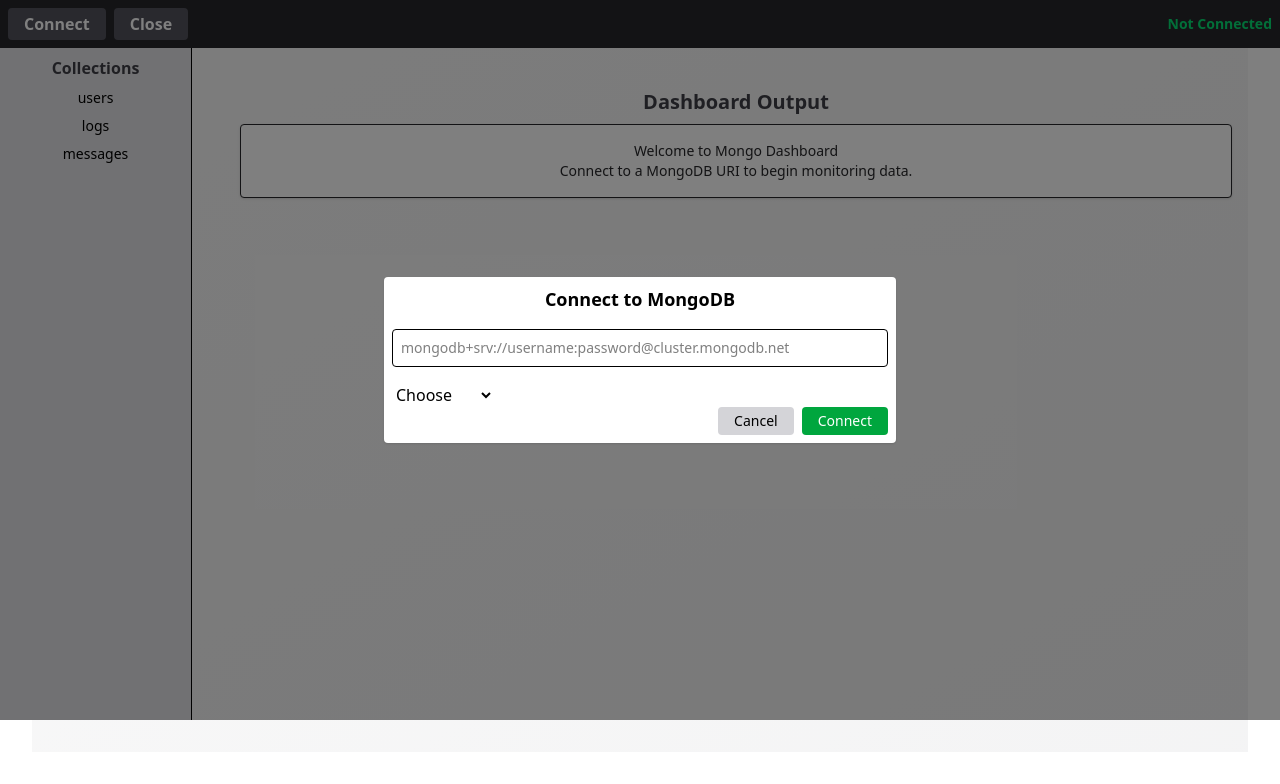
Repository: aryan151pratap/Dashboard
Page: / (app in frontened/), after clicking the first element matching `button.capitalize`
An editor plug-in stored every save of this project. The page is shown before and after the next save, followed by the edit.
The browser window is 1280 px wide. The pictures show the whole page.
The project was rebuilt for these pictures with package versions that can differ from the ones it lists, and the page was loaded fresh each time. Also part of the build but not shown: frontened/vite.config.js.

Above is the page before, as saved 2025-06-24 13:28:23.

After the next save:
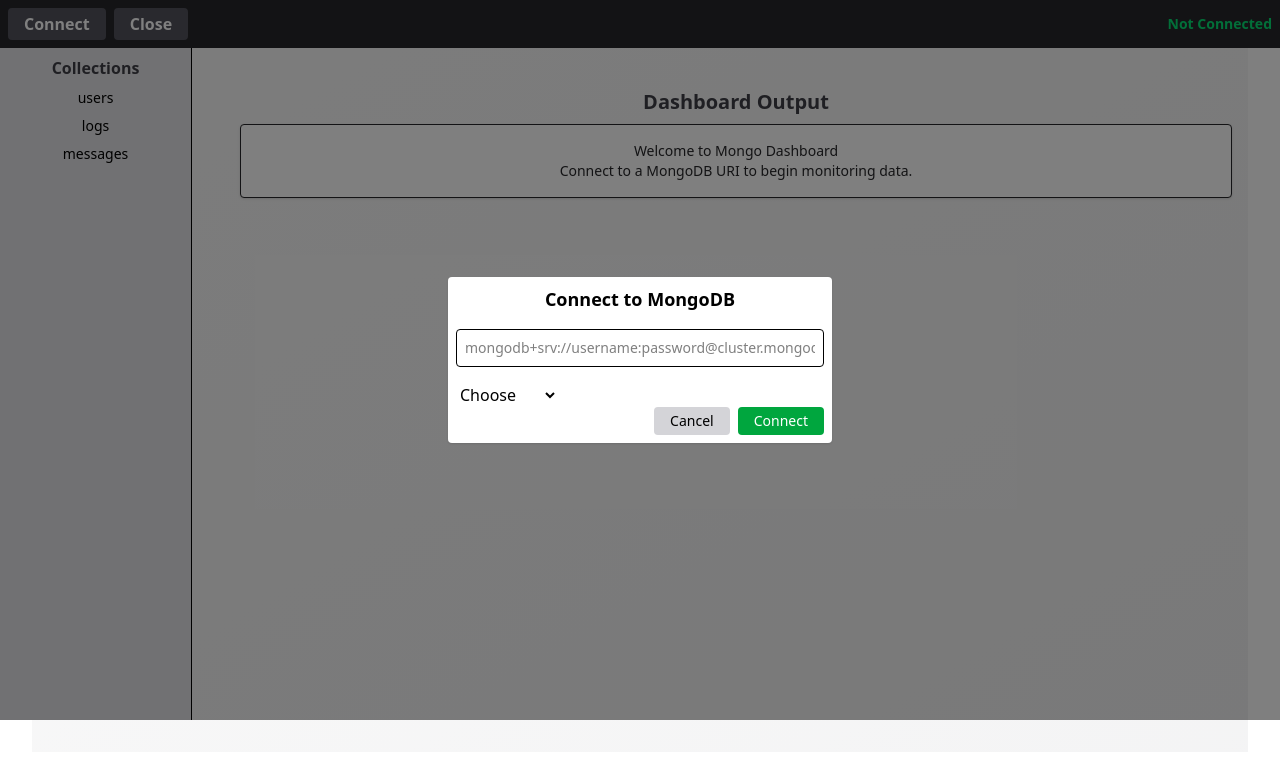
Saved 5 s later.
--- a/frontened/src/component/connect.jsx
+++ b/frontened/src/component/connect.jsx
@@ -21,7 +21,7 @@
 	return(
 		<>
 		<div className="fixed inset-0 bg-black/50 flex justify-center items-center z-20">
-			<div className="bg-white p-2 rounded w-full max-w-sm md:max-w-lg shadow">
+			<div className="bg-white p-2 rounded w-full max-w-sm shadow">
 				<h2 className="text-lg font-semibold mb-4">Connect to MongoDB</h2>
 				<input
 					type="text"
